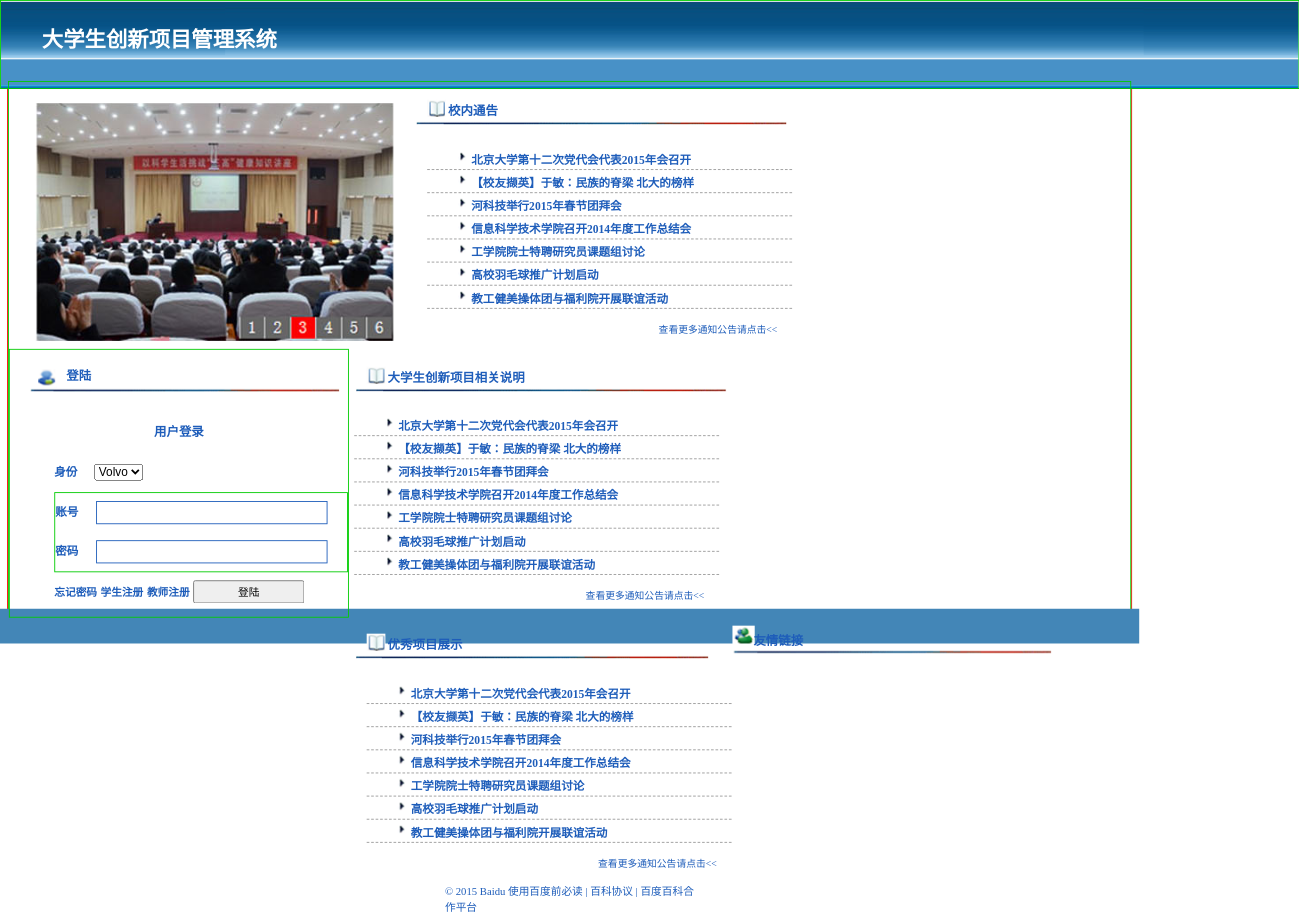
Repository: msmwlxy/ProjectManagement
Page: ProjectManagement/WebRoot/Home page1.html
An editor plug-in stored every save of this project. The page is shown before and after the next save, followed by the edit.
The browser window is 1280 px wide. The page is 1460 px wide, so the pictures cover 1460 px, including what lies to the right of the window. The pictures show the whole page, at 89% of full size.

Above is the page before, as saved 2015-02-28 03:31:14.

### ProjectManagement/WebRoot/Home page1.html
<!DOCTYPE html PUBLIC "-//W3C//DTD XHTML 1.0 Transitional//EN" "http://www.w3.org/TR/xhtml1/DTD/xhtml1-transitional.dtd">
<html xmlns="http://www.w3.org/1999/xhtml">
<head>
<link href="css/Home page11.css" type="text/css" rel="stylesheet" />
<meta http-equiv="Content-Type" content="text/html; charset=utf-8" />
<title>Home page</title>
</head>
<body style=" border:1px solid red; ">
<header>
  <div class="header">大学生创新项目管理系统
  </div>
</header>
<main>
  <div class="main" style="margin:0 auto;">
    <div class="left1"><img src="images/22.png" style="margin:24px 30px;"></div>
    <div class="middle1">
      <img src="images/shu.png">
                <div class="xiao">&nbsp;校内通告</div>
                <div class="xian"><img src="images/xian.png" width="420"></div>
                <div class="xuxian"><img src="images/sanjiao.png">&nbsp;&nbsp;<a href="#">北京大学第十二次党代会代表2015年会召开</a></div>
                <div class="xuxian"><img src="images/sanjiao.png">&nbsp;&nbsp;<a href="#">【校友撷英】于敏：民族的脊梁&nbsp;北大的榜样</a></div>
                <div class="xuxian"><img src="images/sanjiao.png">&nbsp;&nbsp;<a href="#">河科技举行2015年春节团拜会</a></div>
                <div class="xuxian"><img src="images/sanjiao.png">&nbsp;&nbsp;<a href="#">信息科学技术学院召开2014年度工作总结会</a></div>
                <div class="xuxian"><img src="images/sanjiao.png">&nbsp;&nbsp;<a href="#">工学院院士特聘研究员课题组讨论</a></div>
                <div class="xuxian"><img src="images/sanjiao.png">&nbsp;&nbsp;<a href="#">高校羽毛球推广计划启动</a></div>
                <div class="xuxian"><img src="images/sanjiao.png">&nbsp;&nbsp;<a href="#">教工健美操体团与福利院开展联谊活动</a></div>
                <span class="pl_dianji"><a href="#" style="color:#1E5DBA;">查看更多通知公告请点击<< </a></span>
    </div>
    <div class="right1">
        &nbsp;&nbsp;<img src="images/yi.png">
        <div class="ri1_deng">&nbsp;登陆</div>
        <div class="ri1_rr"><img src="images/xian.png" width="350"><p>用户登录</p></div>
        <div class="ri1_sanjiao">
        	<div class="ri1_login_text">
                <form  method="post" action="" onsubmit="check();return false;"></form>
            <div class="ri1_login_down">
                <font style="margin-left:30px;margin-right:15px;">身份</font>
                <select>
                    <option  value="1">Volvo</option>
                    <option value="2">Saab</option>
                </select>
                <div class="zhanghao">
                <font>账号</font><input style="border:solid #1E5DBA 1px;" type="text" /><br>
                <font>密码</font><input style="border:solid #1E5DBA 1px;" type="password"/></div>
            </div>
            <div class="zhuce">
                <a href="">忘记密码</a>
                <a href="">学生注册</a>
                <a href="#">教师注册</a>

                <input type="button" style="width:125px;margin-left:0px;padding:2px;font-family:微软雅黑;font-size:12px" value="登陆"/>
            </div>
            </div>
        </div>
    </div>
    <div class="left2">
        <img src="images/shu.png">
        <div class="le2_da">&nbsp;大学生创新项目相关说明</div>
            <div class="xian"><img src="images/xian.png" width="420">
                <div id="le2_shuoming">
                    <div class="xuxian"><img src="images/sanjiao.png">&nbsp;&nbsp;<a href="#">北京大学第十二次党代会代表2015年会召开</a></div>
                    <div class="xuxian"><img src="images/sanjiao.png">&nbsp;&nbsp;<a href="#">【校友撷英】于敏：民族的脊梁&nbsp;北大的榜样</a></div>
                    <div class="xuxian"><img src="images/sanjiao.png">&nbsp;&nbsp;<a href="#">河科技举行2015年春节团拜会</a></div>
                    <div class="xuxian"><img src="images/sanjiao.png">&nbsp;&nbsp;<a href="#">信息科学技术学院召开2014年度工作总结会</a></div>
                    <div class="xuxian"><img src="images/sanjiao.png">&nbsp;&nbsp;<a href="#">工学院院士特聘研究员课题组讨论</a></div>
                    <div class="xuxian"><img src="images/sanjiao.png">&nbsp;&nbsp;<a href="#">高校羽毛球推广计划启动</a></div>
                    <div class="xuxian"><img src="images/sanjiao.png">&nbsp;&nbsp;<a href="#">教工健美操体团与福利院开展联谊活动</a></div>
                    <span class="pl_dianji"><a href="#" style="color:#1E5DBA;">查看更多通知公告请点击<< </a></span>
                </div>
            </div>
    </div>
    <div class="middle2">
            <img src="images/shu.png">
            <div class="you">&nbsp;优秀项目展示</div>
            <div class="xian"><img src="images/xian.png" width="400"></div>
            <div class="xuxian"><img src="images/sanjiao.png">&nbsp;&nbsp;<a href="#">北京大学第十二次党代会代表2015年会召开</a></div>
            <div class="xuxian"><img src="images/sanjiao.png">&nbsp;&nbsp;<a href="#">【校友撷英】于敏：民族的脊梁&nbsp;北大的榜样</a></div>
            <div class="xuxian"><img src="images/sanjiao.png">&nbsp;&nbsp;<a href="#">河科技举行2015年春节团拜会</a></div>
            <div class="xuxian"><img src="images/sanjiao.png">&nbsp;&nbsp;<a href="#">信息科学技术学院召开2014年度工作总结会</a></div>
            <div class="xuxian"><img src="images/sanjiao.png">&nbsp;&nbsp;<a href="#">工学院院士特聘研究员课题组讨论</a></div>
            <div class="xuxian"><img src="images/sanjiao.png">&nbsp;&nbsp;<a href="#">高校羽毛球推广计划启动</a></div>
            <div class="xuxian"><img src="images/sanjiao.png">&nbsp;&nbsp;<a href="#">教工健美操体团与福利院开展联谊活动</a></div>
            <span class="pl_dianji"><a href="#" style="color:#1E5DBA;">查看更多通知公告请点击<< </a></span>
    </div>
    <div class="right2">
        &nbsp;&nbsp;<div class="ri2_yq_tu"><img src="images/er.png"></div>
        <div class="ri2_lian">&nbsp;友情链接</div>
        <div class="ri2_i"><img src="images/xian.png" width="360"></div>
    </div>
  </div>
</main>
<bottom>
  <div class="bottom"><a href="#">© 2015 Baidu 使用百度前必读 | 百科协议 | 百度百科合作平台</a>
  </div>
</bottom>
</body>
</html>

### ProjectManagement/WebRoot/css/Home page11.css
@charset "utf-8";
/* CSS Document */
.body{
	width:auto;
	height:768px;
	}
.header{
	background:url(../images/toulan.png);
	background-repeat:repeat-x;
	margin:-9px -9px;
	width:1366px;
	height:50px;
	font-weight:bolder;
	font-size:24px;
	padding:24px 46px;
	color:#FFF;
	border:1px #0C0 solid;
	}
.main{
	margin:10px -9px;
	padding-bottom::10px 100px;
	border:solid
	width:1366px;
	height:600px;
	border:1px #0C0 solid;
	}
.left1{
	height:300px;
	width:450px;
	float:left;
	}
.middle1{
	padding:20px 20px;
	height:260px;
	width:400px;
	float:left;
	}
.xiao{
	margin:-18px 20px;
	font-size:14px;
	color:#1E5DBA;
	font-weight:bolder;
	}
.xian{
	margin:22px -14px;
	height:6px;
	width:300px;
	}
.right1{
	height:300px;
	width:380px;
	float:left;
	}
.right1 img{
	margin:20px 22px;
	font-size:14px;
	}
.ri1_deng{
	width:100px;
	height:19;
	margin:-51px 60px;
	margin-top:-49px;
	font-size:14px;
	color:#1E5DBA;
	font-weight:bolder;
	}
.ri1_rr img{
	width:350px;
	height:3px;
	margin-top:57px;
	}
.ri1_rr p{
	text-align:center;
	color:#1E5DBA;
	font-size:14px;
	font-weight:bolder;
	}
.ri1_sanjiao{
	width:360;
	height:164;
	font-size:16px;
	font-weight:bolder;
	color:#1950B6;
	margin-left:20px;
	}
.ri1_sanjiao font{
	font-weight:bolder;
	color:#1E5DBA;
	font-size:13px;
	margin-top:10px;
	}
.ri1_sanjiao input{
	width:250px;
	font-family:"微软雅黑";
	padding:4px;
	margin-left:20px;
	}
.ri1_sanjiao img{
	margin-left:30px;
	}
.ri1_sanjiao span{
	margin-left:100px;
	}
#ri1_login{
	margin-top:-30px;
	}

.ri1_login_text{
	line-height:44px;
	}
/*.ri1_login_down{
	margin-left:16px;
	margin-top:12px;
	}
*/
.zhanghao{
	margin-left:30px;
	border:1px #0C0 solid;
	}
.zhuce1{
	margin:20px 90px;
	border:1px #0C0 solid;
	}
.zhuce a{
		font-size:12px;
}
.zhuce{
	padding-left:30px;
}
.left2{
	padding:20px 20px;
	height:260px;
	width:410px;
	float:left;
	}
.le2_da{
	margin:-18px 20px;
	font-size:14px;
	color:#1E5DBA;
	font-weight:bolder;
}
#le2_shuoming{
	margin-top:24px;
	width:600px;
	height:69;
}
.middle2{
	padding:20px 20px;
	height:260px;
	width:400px;
	float:left;
	}
.right2{
	height:180px;
	width:342px;
	float:right;
	margin:-310px 60px;
	}
.ri2_lian{
	margin-top:-16px;
	margin-left:20px;
	font-size: 14px;
	color: #1E5DBA;
	font-weight: bolder;
	}
.ri2_i{
	margin-top:2px;
	}
.ri2_you{
	margin:-24px 40px;
	font-size:14px;
	color:#1E5DBA;
	font-weight:bolder;
	}


.left1{
	height:300px;
	width:450px;
	float:left;
	}
.middle1{
	padding:20px 20px;
	height:260px;
	width:400px;
	float:left;
	}
.xiao{
	margin:-18px 20px;
	font-size:14px;
	color:#1E5DBA;
	font-weight:bolder;
	}
.xian{
	margin:22px -14px;
	height:6px;
	width:300px;
}
.xuxian{
	color:#1E5DBA;
	height:25px;
	width:410px;
	line-height:30px;
	border-bottom:dashed #999999 1px;
	font-size:13px;
	font-weight:bolder;
}
.xuxian img{
	margin-left:35px;
	line-height:8px;
}
.pl_dianji{
	font-family:"微软雅黑";
	font-size:11px;
	color:#1E5DBA;
	margin-left:260px;
	line-height:46px;
}
.right1{
	height:300px;
	width:380px;
	float:left;
	border:1px #0C0 solid;
}
.left2{
	padding:20px 20px;
	height:260px;
	width:410px;
	float:left;
}

.middle2{
	padding:20px 20px;
	height:260px;
	width:400px;
	float:left;
}
.right2{
	height:300px;
	width:380px;
	float:right;
	margin:-307px 67px;
}
.bottom{
	background:url(../images/weilan.png);
	height:20px;
	margin-bottom:100px;
	background-repeat:repeat-x;
	margin:-9px -9px;
	font-size:12px;
	padding:12px 500px;
}
a:link,a:visited{
	color:#1E5DBA;
	text-decoration:none;
}
a:hover{
	text-decoration:none;
	color:red;

}
.xiantiao{
	height:3px;
	width:840px;
}
.sanjiao{
	font-size:14px;
	font-weight:bolder;
	color:#1950B6;
	margin-top:40px;
	weight:840px;
}
.you{
	margin:-18px 20px;
	font-size:14px;
	color:#1E5DBA;
	font-weight:bolder;
}

After the next save:
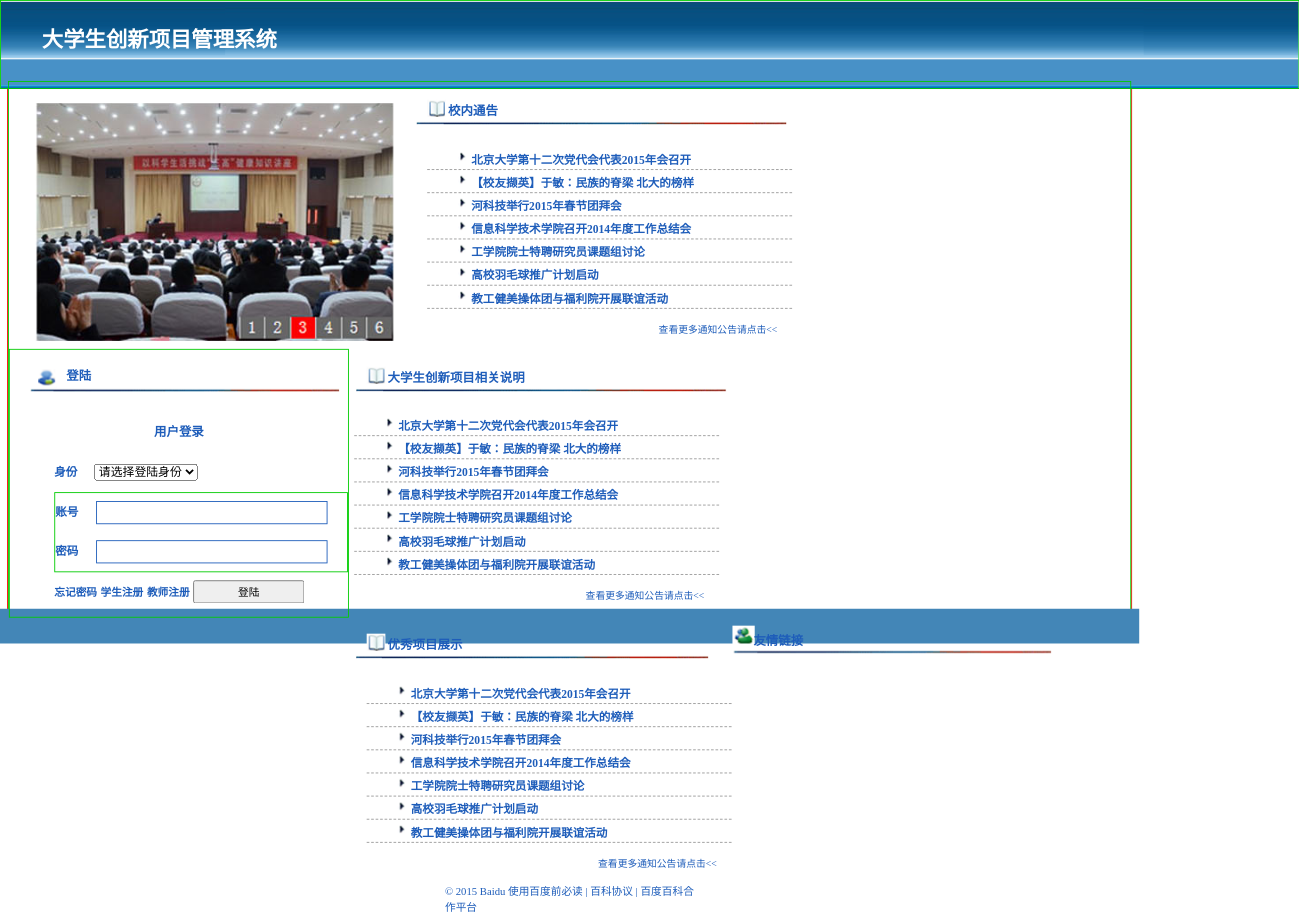
Saved 8 min 58 s later.
--- a/ProjectManagement/WebRoot/Home page1.html
+++ b/ProjectManagement/WebRoot/Home page1.html
@@ -36,8 +36,12 @@
             <div class="ri1_login_down">
                 <font style="margin-left:30px;margin-right:15px;">身份</font>
                 <select>
-                    <option  value="1">Volvo</option>
-                    <option value="2">Saab</option>
+                   <option value="0" selected="selected">请选择登陆身份</option>
+					<option value="1">管理员</option>
+					<option value="2">教务处审核人</option>
+					<option value="3">院系审核人</option>
+					<option value="4">指导老师</option>
+					<option value="5">学生</option>
                 </select>
                 <div class="zhanghao">
                 <font>账号</font><input style="border:solid #1E5DBA 1px;" type="text" /><br>
